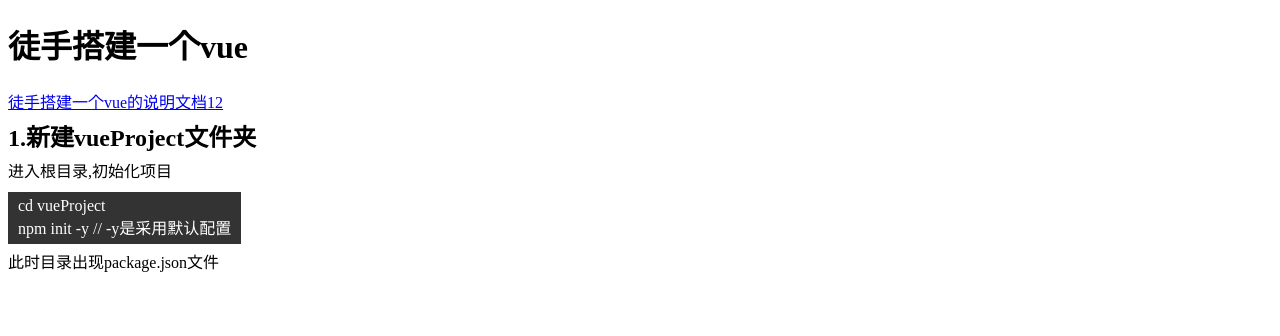
Repository: yuWhy/vue-build-cli
Page: /#/vueBuild
An editor plug-in stored every save of this project. The page is shown before and after the next save, followed by the edit.
The browser window is 1280 px wide. The pictures show the whole page.
The project was rebuilt for these pictures with package versions that can differ from the ones it lists, and the page was loaded fresh each time. Also part of the build but not shown: webpack.config.js, src/router/index.js.

Above is the page before, as saved 2021-02-19 16:05:59.

After the next save:
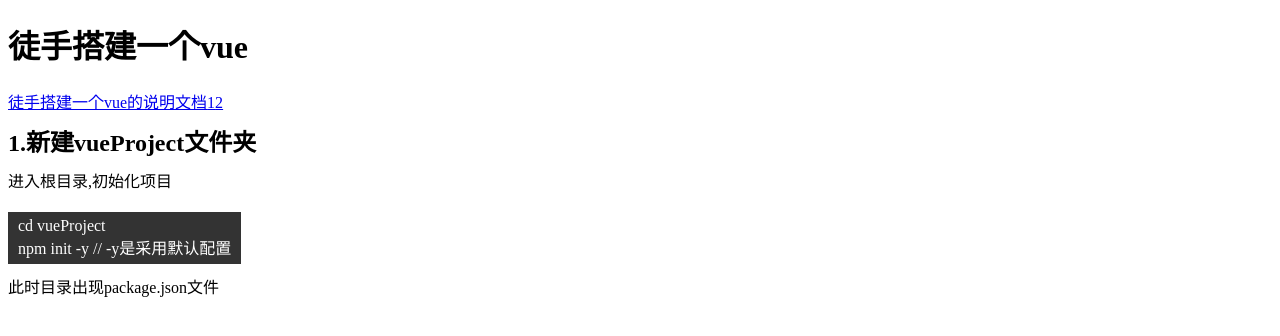
Saved 11 s later.
--- a/src/components/vue-build.vue
+++ b/src/components/vue-build.vue
@@ -18,7 +18,7 @@ export default {
 <style scoped>
 * {
   padding: 0;
-  margin: 5px 0;
+  margin: 10px 0;
 }
   .dimk {
     background: #333;
